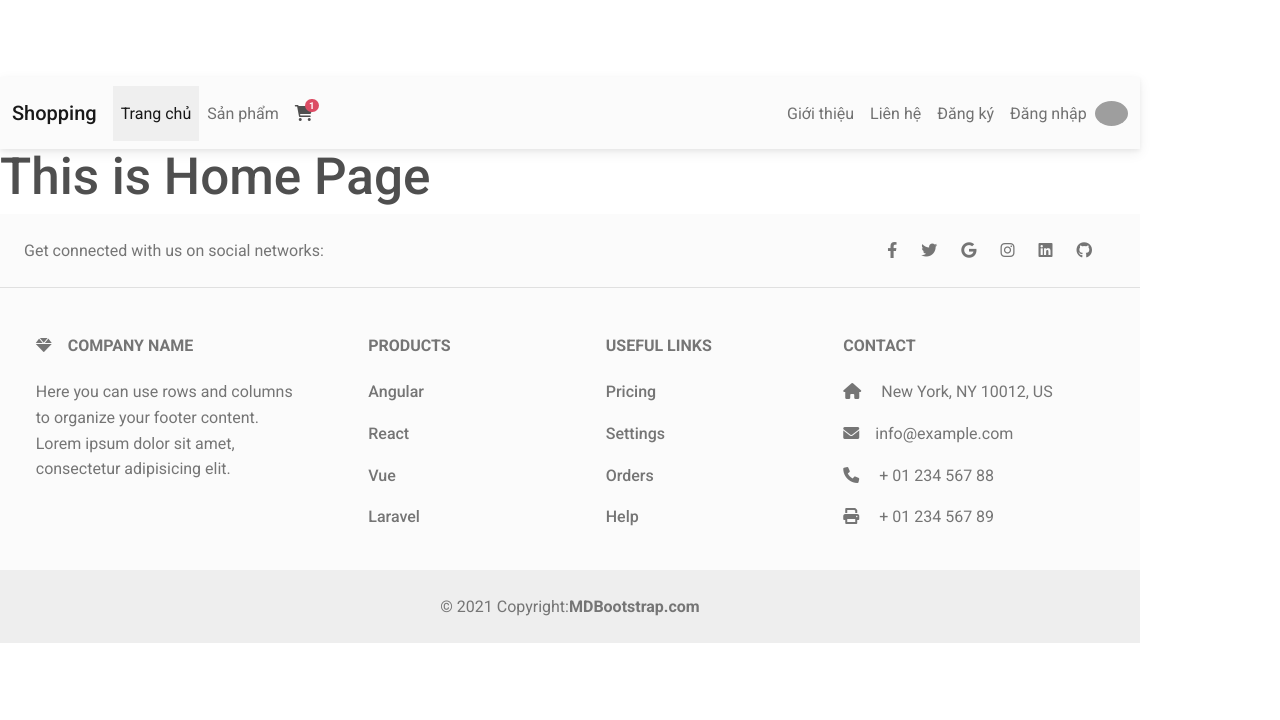
Repository: TinhTT336/MD02_Session10
Page: /
An editor plug-in stored every save of this project. The page is shown before and after the next save, followed by the edit.
The browser window is 1280 px wide. The pictures show the whole page.
Pictures or frames that could not be fetched are drawn as grey boxes. Some web libraries are served in a nearby version. The project was rebuilt for these pictures with package versions that can differ from the ones it lists, and the page was loaded fresh each time. Also part of the build but not shown: vite.config.js, src/pages/ListProduct.jsx.

Above is the page before, as saved 2023-09-07 21:40:09.

### index.html
<!DOCTYPE html>
<html lang="en">
  <head>
    <meta charset="UTF-8" />
    <link rel="icon" type="image/svg+xml" href="/vite.svg" />
    <meta name="viewport" content="width=device-width, initial-scale=1.0" />
    <title>Vite + React</title>
    <!-- Font Awesome -->
    <link
      href="https://cdnjs.cloudflare.com/ajax/libs/font-awesome/6.0.0/css/all.min.css"
      rel="stylesheet"
    />
    <!-- Google Fonts -->
    <link
      href="https://fonts.googleapis.com/css?family=Roboto:300,400,500,700&display=swap"
      rel="stylesheet"
    />
    <!-- MDB -->
    <link
      href="https://cdnjs.cloudflare.com/ajax/libs/mdb-ui-kit/6.4.1/mdb.min.css"
      rel="stylesheet"
    />
  </head>
  <body>
    <div id="root"></div>
    <script type="module" src="/src/main.jsx"></script>
    <script
      type="text/javascript"
      src="https://cdnjs.cloudflare.com/ajax/libs/mdb-ui-kit/6.4.1/mdb.min.js"
    ></script>
  </body>
</html>

### src/App.jsx

import { Route, Routes } from 'react-router-dom'
import './App.css'
import Home from './pages/Home'
import ListProduct from './pages/ListProduct'

function App() {

  return (
    <>
      <Routes>
        <Route path='/' element={<Home />}></Route>
        <Route path='/list-product' element={<ListProduct />}></Route>
      </Routes>
    </>
  )
}

export default App

### src/App.css
* {
  margin: 0;
  padding: 0;
  box-sizing: border-box;
}
.active {
  background-color: #efefef;
}
body {
  max-width: 90%;
  margin: 0 auto;
}

.nav-item .nav-link {
  padding: 15px;
}

.fa-cart-shopping {
  position: relative;
}

.fa-cart-shopping + span {
  position: absolute;
  top: -10px;
  right: -10px;
  background-color: red;
  color: white;
  border-radius: 50%;
  padding: 5px 10px;
}

### src/pages/Home.jsx
import React from 'react'
import Navbar from '../layouts/Navbar'
import Footer from '../layouts/Footer'

export default function Home() {
    return (
        <div>
            <Navbar />
            <h1>This is Home Page</h1>
            <Footer />
        </div>
    )
}

### src/layouts/Navbar.jsx
import React from 'react'
import { NavLink } from 'react-router-dom'

export default function Navbar() {
    return (
        <div>
            <>
                {/* Navbar start */}
                {/* Navbar */}
                <nav className="navbar navbar-expand-lg navbar-light bg-light">
                    {/* Container wrapper */}
                    <div className="container-fluid">
                        {/* Toggle button */}
                        <button
                            className="navbar-toggler"
                            type="button"
                            data-mdb-toggle="collapse"
                            data-mdb-target="#navbarSupportedContent"
                            aria-controls="navbarSupportedContent"
                            aria-expanded="false"
                            aria-label="Toggle navigation"
                        >
                            <i className="fas fa-bars" />
                        </button>
                        {/* Collapsible wrapper */}
                        <div className="collapse navbar-collapse" id="navbarSupportedContent">
                            {/* Navbar brand */}
                            <a className="navbar-brand mt-2 mt-lg-0" >
                                {" "}
                                Shopping{" "}
                            </a>
                            {/* Left links */}
                            <ul className="navbar-nav me-auto mb-2 mb-lg-0">
                                <li className="nav-item">
                                    <NavLink to={"/"} className="nav-link" >
                                        Trang chủ
                                    </NavLink>
                                </li>
                                <li className="nav-item">
                                    <NavLink to={"/list-product"} className="nav-link" >
                                        Sản phẩm
                                    </NavLink>
                                </li>
                                <li className="nav-item">
                                    {/* Icon */}
                                    <a className="text-reset me-3 nav-link" >
                                        <i className="fas fa-shopping-cart" />
                                        <span className="badge rounded-pill badge-notification bg-danger">
                                            1
                                        </span>
                                    </a>
                                </li>
                            </ul>
                            {/* Left links */}
                        </div>
                        {/* Collapsible wrapper */}
                        {/* Right elements */}
                        <div className="d-flex align-items-center">
                            <ul className="navbar-nav me-auto mb-2 mb-lg-0">
                                <li className="nav-item">
                                    <NavLink to={"/about"} className="nav-link" >
                                        Giới thiệu
                                    </NavLink>
                                </li>
                                <li className="nav-item">
                                    <NavLink to={"/contact"} className="nav-link" >
                                        Liên hệ
                                    </NavLink>
                                </li>
                                <li className="nav-item">
                                    <NavLink to={"/register"} className="nav-link" >
                                        Đăng ký
                                    </NavLink>
                                </li>
                                <li className="nav-item">
                                    <NavLink to={"/login"} className="nav-link" >
                                        Đăng nhập
                                    </NavLink>
                                </li>
                            </ul>
                            {/* Avatar */}
                            <div className="dropdown">
                                <a
                                    className="dropdown-toggle d-flex align-items-center hidden-arrow"

                                    id="navbarDropdownMenuAvatar"
                                    role="button"
                                    data-mdb-toggle="dropdown"
                                    aria-expanded="false"
                                >
                                    <img
                                        src="https://mdbcdn.b-cdn.net/img/new/avatars/2.webp"
                                        className="rounded-circle"
                                        height={25}
                                        alt="Black and White Portrait of a Man"
                                        loading="lazy"
                                    />
                                </a>
                                <ul
                                    className="dropdown-menu dropdown-menu-end"
                                    aria-labelledby="navbarDropdownMenuAvatar"
                                >
                                    <li>
                                        <a className="dropdown-item" >
                                            My profile
                                        </a>
                                    </li>
                                    <li>
                                        <a className="dropdown-item" >
                                            Settings
                                        </a>
                                    </li>
                                    <li>
                                        <a className="dropdown-item" >
                                            Logout
                                        </a>
                                    </li>
                                </ul>
                            </div>
                        </div>
                        {/* Right elements */}
                    </div>
                    {/* Container wrapper */}
                </nav>
                {/* Navbar end */}
            </>

        </div>
    )
}

### src/layouts/Footer.jsx
import React from 'react'

export default function Footer() {
    return (
        <>
            <>
                {/* Footer start */}
                {/* Footer */}
                <footer className="text-center text-lg-start bg-light text-muted">
                    {/* Section: Social media */}
                    <section className="d-flex justify-content-center justify-content-lg-between p-4 border-bottom">
                        {/* Left */}
                        <div className="me-5 d-none d-lg-block">
                            <span>Get connected with us on social networks:</span>
                        </div>
                        {/* Left */}
                        {/* Right */}
                        <div>
                            <a href="" className="me-4 text-reset">
                                <i className="fab fa-facebook-f" />
                            </a>
                            <a href="" className="me-4 text-reset">
                                <i className="fab fa-twitter" />
                            </a>
                            <a href="" className="me-4 text-reset">
                                <i className="fab fa-google" />
                            </a>
                            <a href="" className="me-4 text-reset">
                                <i className="fab fa-instagram" />
                            </a>
                            <a href="" className="me-4 text-reset">
                                <i className="fab fa-linkedin" />
                            </a>
                            <a href="" className="me-4 text-reset">
                                <i className="fab fa-github" />
                            </a>
                        </div>
                        {/* Right */}
                    </section>
                    {/* Section: Social media */}
                    {/* Section: Links  */}
                    <section className="">
                        <div className="container text-center text-md-start mt-5">
                            {/* Grid row */}
                            <div className="row mt-3">
                                {/* Grid column */}
                                <div className="col-md-3 col-lg-4 col-xl-3 mx-auto mb-4">
                                    {/* Content */}
                                    <h6 className="text-uppercase fw-bold mb-4">
                                        <i className="fas fa-gem me-3" />
                                        Company name
                                    </h6>
                                    <p>
                                        Here you can use rows and columns to organize your footer content.
                                        Lorem ipsum dolor sit amet, consectetur adipisicing elit.
                                    </p>
                                </div>
                                {/* Grid column */}
                                {/* Grid column */}
                                <div className="col-md-2 col-lg-2 col-xl-2 mx-auto mb-4">
                                    {/* Links */}
                                    <h6 className="text-uppercase fw-bold mb-4">Products</h6>
                                    <p>
                                        <a href="#!" className="text-reset">
                                            Angular
                                        </a>
                                    </p>
                                    <p>
                                        <a href="#!" className="text-reset">
                                            React
                                        </a>
                                    </p>
                                    <p>
                                        <a href="#!" className="text-reset">
                                            Vue
                                        </a>
                                    </p>
                                    <p>
                                        <a href="#!" className="text-reset">
                                            Laravel
                                        </a>
                                    </p>
                                </div>
                                {/* Grid column */}
                                {/* Grid column */}
                                <div className="col-md-3 col-lg-2 col-xl-2 mx-auto mb-4">
                                    {/* Links */}
                                    <h6 className="text-uppercase fw-bold mb-4">Useful links</h6>
                                    <p>
                                        <a href="#!" className="text-reset">
                                            Pricing
                                        </a>
                                    </p>
                                    <p>
                                        <a href="#!" className="text-reset">
                                            Settings
                                        </a>
                                    </p>
                                    <p>
                                        <a href="#!" className="text-reset">
                                            Orders
                                        </a>
                                    </p>
                                    <p>
                                        <a href="#!" className="text-reset">
                                            Help
                                        </a>
                                    </p>
                                </div>
                                {/* Grid column */}
                                {/* Grid column */}
                                <div className="col-md-4 col-lg-3 col-xl-3 mx-auto mb-md-0 mb-4">
                                    {/* Links */}
                                    <h6 className="text-uppercase fw-bold mb-4">Contact</h6>
                                    <p>
                                        <i className="fas fa-home me-3" /> New York, NY 10012, US
                                    </p>
                                    <p>
                                        <i className="fas fa-envelope me-3" />
                                        info@example.com
                                    </p>
                                    <p>
                                        <i className="fas fa-phone me-3" /> + 01 234 567 88
                                    </p>
                                    <p>
                                        <i className="fas fa-print me-3" /> + 01 234 567 89
                                    </p>
                                </div>
                                {/* Grid column */}
                            </div>
                            {/* Grid row */}
                        </div>
                    </section>
                    {/* Section: Links  */}
                    {/* Copyright */}
                    <div
                        className="text-center p-4"
                        style={{ backgroundColor: "rgba(0, 0, 0, 0.05)" }}
                    >
                        © 2021 Copyright:
                        <a className="text-reset fw-bold" href="https://mdbootstrap.com/">
                            MDBootstrap.com
                        </a>
                    </div>
                    {/* Copyright */}
                </footer>
                {/* Footer */}
                {/* Footer end */}
            </>

        </ >
    )
}

Loaded but not shown: src/main.jsx (common file); src/index.css (common file)

After the next save:
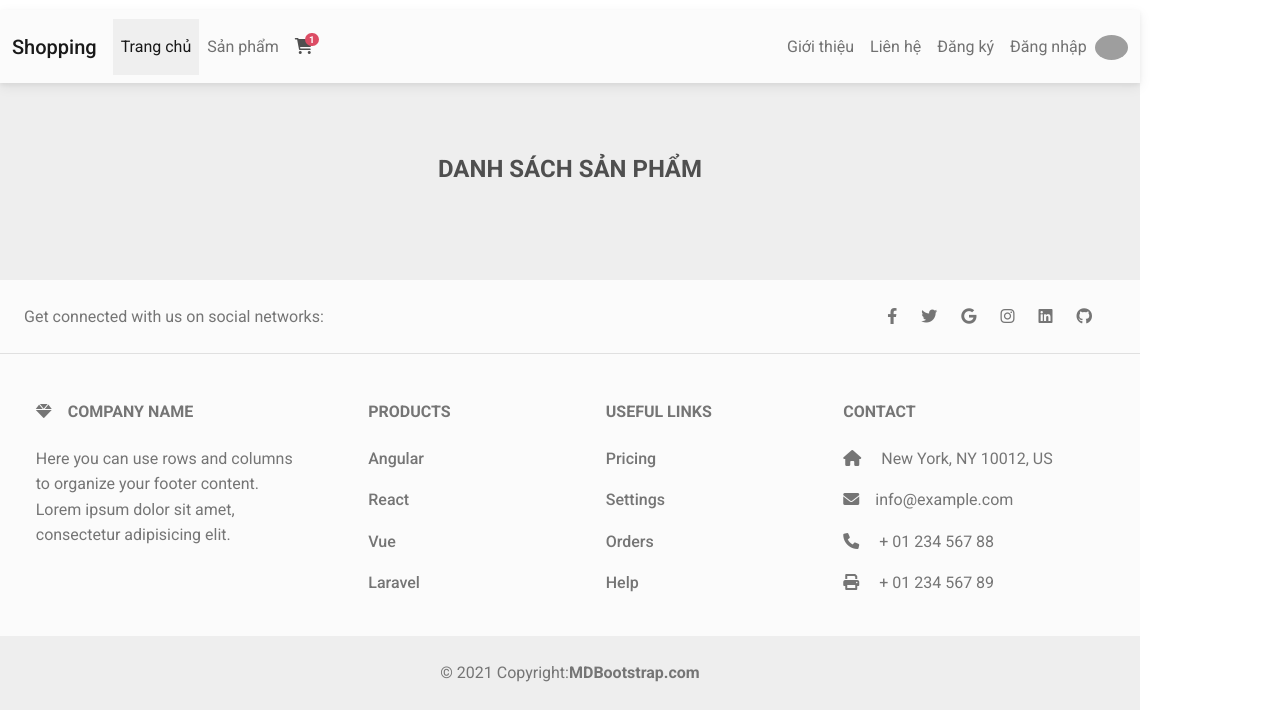
Saved 49 s later.
--- a/src/pages/Home.jsx
+++ b/src/pages/Home.jsx
@@ -6,7 +6,13 @@ export default function Home() {
     return (
         <div>
             <Navbar />
-            <h1>This is Home Page</h1>
+            <section style={{ backgroundColor: "#eee" }}>
+                <div className="text-center container py-5">
+                    <h4 className="mt-4 mb-5">
+                        <strong>DANH SÁCH SẢN PHẨM</strong>
+                    </h4>
+                </div>
+            </section>
             <Footer />
         </div>
     )
